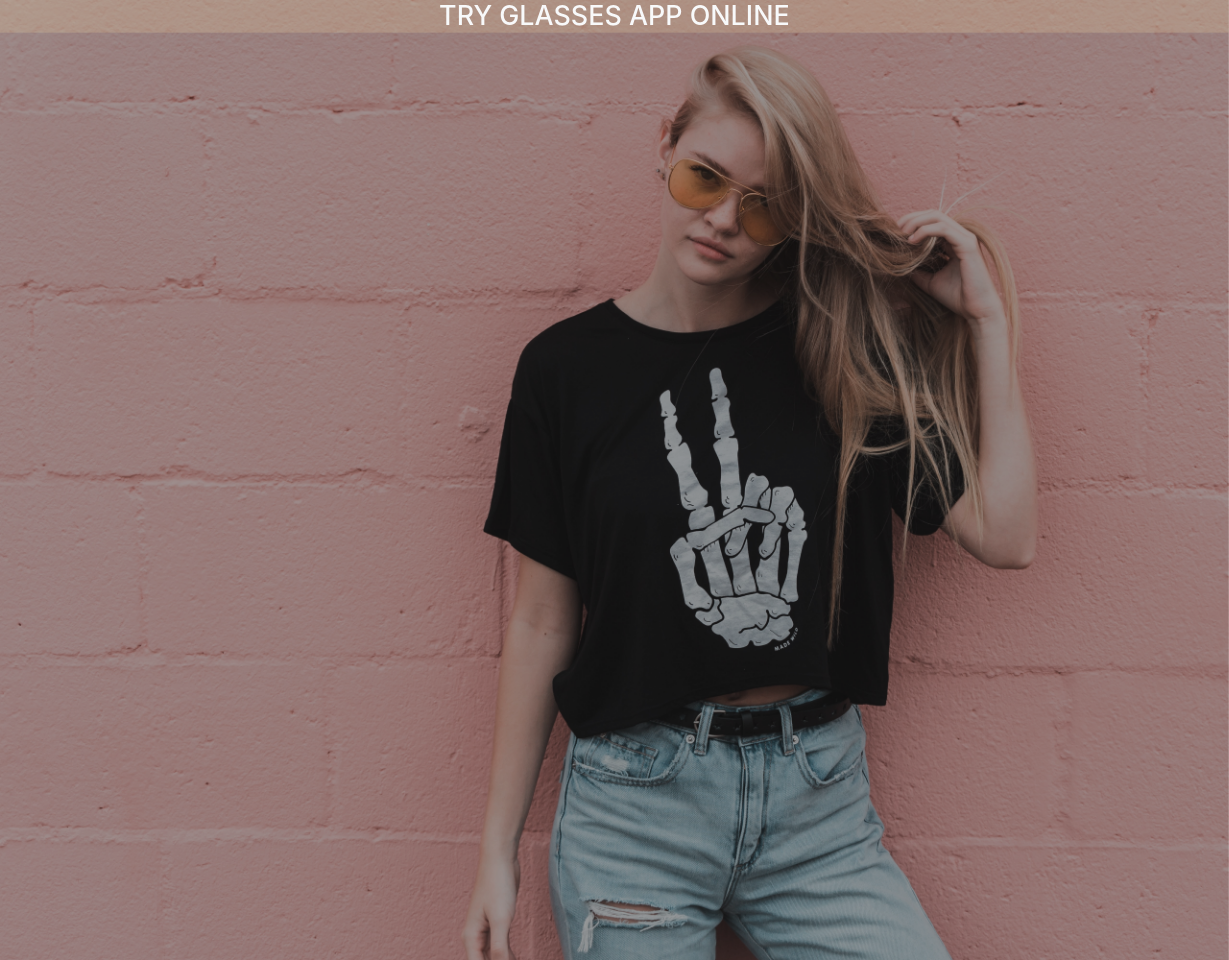
Repository: LeHieuSP/Baitapthukinh_LTH_FE70
Page: /
An editor plug-in stored every save of this project. The page is shown before and after the next save, followed by the edit.
The browser window is 1280 px wide. The pictures show the whole page, at 96% of full size.
The project was rebuilt for these pictures with package versions that can differ from the ones it lists, and the page was loaded fresh each time. Also part of the build but not shown: src/index.css, src/App.css, src/redux/actions/BaiTapDatVeAction.js, src/BaiTapRedux/BaiTapBookingTicket/ThongTinDatGhe.js, src/BaiTapRedux/BaiTapBookingTicket/HangGhe.js, src/BaiTapRedux/BaiTapBookingTicket/BaiTapBookingTicket.js.

Above is the page before, as saved 2022-03-09 16:36:46.

### public/index.html
<!DOCTYPE html>
<html lang="en">
  <head>
    <meta charset="utf-8" />
    <link rel="icon" href="%PUBLIC_URL%/favicon.ico" />
    <meta name="viewport" content="width=device-width, initial-scale=1" />
    <meta name="theme-color" content="#000000" />
    <meta
      name="description"
      content="Web site created using create-react-app"
    />
    <link rel="apple-touch-icon" href="%PUBLIC_URL%/logo192.png" />
    <!--
      manifest.json provides metadata used when your web app is installed on a
      user's mobile device or desktop. See https://developers.google.com/web/fundamentals/web-app-manifest/
    -->
    <link rel="manifest" href="%PUBLIC_URL%/manifest.json" />
    <!--
      Notice the use of %PUBLIC_URL% in the tags above.
      It will be replaced with the URL of the `public` folder during the build.
      Only files inside the `public` folder can be referenced from the HTML.

      Unlike "/favicon.ico" or "favicon.ico", "%PUBLIC_URL%/favicon.ico" will
      work correctly both with client-side routing and a non-root public URL.
      Learn how to configure a non-root public URL by running `npm run build`.
    -->
    <link rel="stylesheet" href="https://stackpath.bootstrapcdn.com/bootstrap/4.3.1/css/bootstrap.min.css" integrity="sha384-ggOyR0iXCbMQv3Xipma34MD+dH/1fQ784/j6cY/iJTQUOhcWr7x9JvoRxT2MZw1T" crossorigin="anonymous">

    <title>React App</title>
  </head>
  <body>
    <noscript>You need to enable JavaScript to run this app.</noscript>
    <div id="root"></div>
    <!--
      This HTML file is a template.
      If you open it directly in the browser, you will see an empty page.

      You can add webfonts, meta tags, or analytics to this file.
      The build step will place the bundled scripts into the <body> tag.

      To begin the development, run `npm start` or `yarn start`.
      To create a production bundle, use `npm run build` or `yarn build`.
    -->
    <script src="https://code.jquery.com/jquery-3.3.1.slim.min.js" integrity="sha384-q8i/X+965DzO0rT7abK41JStQIAqVgRVzpbzo5smXKp4YfRvH+8abtTE1Pi6jizo" crossorigin="anonymous"></script>
    <script src="https://cdnjs.cloudflare.com/ajax/libs/popper.js/1.14.7/umd/popper.min.js" integrity="sha384-UO2eT0CpHqdSJQ6hJty5KVphtPhzWj9WO1clHTMGa3JDZwrnQq4sF86dIHNDz0W1" crossorigin="anonymous"></script>
    <script src="https://stackpath.bootstrapcdn.com/bootstrap/4.3.1/js/bootstrap.min.js" integrity="sha384-JjSmVgyd0p3pXB1rRibZUAYoIIy6OrQ6VrjIEaFf/nJGzIxFDsf4x0xIM+B07jRM" crossorigin="anonymous"></script>




  </body>
</html>

### src/index.js
import React from 'react';
import ReactDOM from 'react-dom';
import './index.css';
import App from './App';
import reportWebVitals from './reportWebVitals';

import {Provider} from 'react-redux';
import {createStore} from 'redux';
import {rootReducer} from './redux/reducer/rootReducer';

const store = createStore(rootReducer);

ReactDOM.render(
  <Provider store={store}>

    <App />

  </Provider>,
  document.getElementById('root')
);

// If you want to start measuring performance in your app, pass a function
// to log results (for example: reportWebVitals(console.log))
// or send to an analytics endpoint. Learn more: https://bit.ly/CRA-vitals
reportWebVitals();

### src/App.js

import { Component } from 'react';
import './App.css';
import BaiTapBookingTicket from './BaiTapRedux/BaiTapBookingTicket/BaiTapBookingTicket';
import BaiTapThuKinh from './BaiTapThuKinh/BaiTapThuKinh';

export default class App extends Component {
  render() {
    return (
      <div>
        {/* <BaiTapBookingTicket /> */}
        <BaiTapThuKinh />
      </div>
    )
  }
}

### src/redux/reducer/rootReducer.js
import { combineReducers } from "redux";

//import (combineReducers)
import BaiTapDatVeReducer from './BaiTapDatVeReducer';
export const rootReducer = combineReducers ({
     BaiTapDatVeReducer, // state bài tập đặt vé
})


//export default rootReducer ;

### src/BaiTapThuKinh/BaiTapThuKinh.js
import React, { Component } from 'react'

export default class BaiTapThuKinh extends Component {
  render() {
    return (
      <div style={{backgroundImage:'url(./glassesImage/bg.jpg)',
      backgroundRepeat:'no-repeat',backgroundSize:'1500px',height:'1000px'}}>
          <div style={{backgroundColor:'rgba(0,0,0,.3)',height:'1000px'}}>
              <h3 style={{backgroundColor:'rgba(252	,224,166,.2)',}} className="text-center text-light">TRY GLASSES APP ONLINE</h3>

            </div>
      </div>
    )
  }
}

### src/redux/reducer/BaiTapDatVeReducer.js
import { DAT_GHE, HUY_GHE } from "../types/BaiTapDatVeType";

const stateDefault = {
  danhSachGheDangDat: [

  ],
};

const BaiTapDatVeReducer = (state = stateDefault, action) => {
  switch (action.type) {
    case DAT_GHE: {
      let danhSachGheDangDatUpdate = [...state.danhSachGheDangDat];
      let index = danhSachGheDangDatUpdate.findIndex(
        (gheDangDat) => gheDangDat.soGhe === action.ghe.soGhe
      );
      if (index !== -1) {//khi người dùng click ghế đang đặt đã có trong mảng => remove đi
        danhSachGheDangDatUpdate.splice(index, 1);
      } else {//khi người dùng click ghế đang đặt chưa có trong mảng => push vào
          danhSachGheDangDatUpdate.push(action.ghe)
      }
      // cập nhật lại state => giao diện render lại
      state.danhSachGheDangDat = danhSachGheDangDatUpdate;

      return { ...state };
    }
    case HUY_GHE : {
      let danhSachGheDangDatUpdate = [...state.danhSachGheDangDat];
      let index = danhSachGheDangDatUpdate.findIndex(
        (gheDangDat) => gheDangDat.soGhe === action.soGhe
      );
      if (index !== -1) {//khi người dùng click ghế đang đặt đã có trong mảng => remove đi
        danhSachGheDangDatUpdate.splice(index, 1);
      }
      state.danhSachGheDangDat = danhSachGheDangDatUpdate;
      return {...state};
    }
    default:
      return { ...state };
  }
};

export default BaiTapDatVeReducer;

### src/BaiTapRedux/BaiTapBookingTicket/BaiTapBookingTicket.css
@font-face {
  font-family: "fontGame";
  src: url("/src/./font/Pony.ttf");
}

.bookingMovie {
  font-family: "fontGame";
}

.ghe {
  border: 3px solid orange;
  width: 45px;
  height: 35px;
  font-size: 12px;
  margin-left: 2%;
  margin-bottom: 1%;
  border-radius: 5px;
}

.rowNumber {
  /* font-size: 25px; */
  width: 45px;
  height: 35px;
  background: none;
  border: none;
  margin-left: 2%;
  margin-bottom: 1%;
  font-size: 30px;
  color: yellow;
}
.firstChar {
  color: yellow;
  font-size: 35px;
  margin-right: 15px;
}

.screen {
  border-bottom: 50px solid rgb(255, 159, 95);
  border-left: 50px solid transparent;
  border-right: 50px solid transparent;
  height: 100;
  width: 80%;
  filter: drop-shadow(4px 30px 20px rgba(255, 255, 255, 0.5));
  font-size: 25px;
  color: #fff;
}

.gheDuocChon {
  border: 3px solid orange;

  background: orange;
  color: #000;

  cursor: no-drop !important;
  border-radius: 5px;
  width: 45px;
  height: 35px;
}

.gheDangChon {
  background: rgb(109, 238, 109);
  border: 3px solid rgb(109, 238, 109);
  color: #000;

  cursor: pointer;
  border-radius: 5px;
  width: 45px;
  height: 35px;
}

### src/redux/types/BaiTapDatVeType.js
export const DAT_GHE = 'DAT_GHE';
export const HUY_GHE = 'HUY_GHE';

Loaded but not shown: src/reportWebVitals.js (common file)

After the next save:
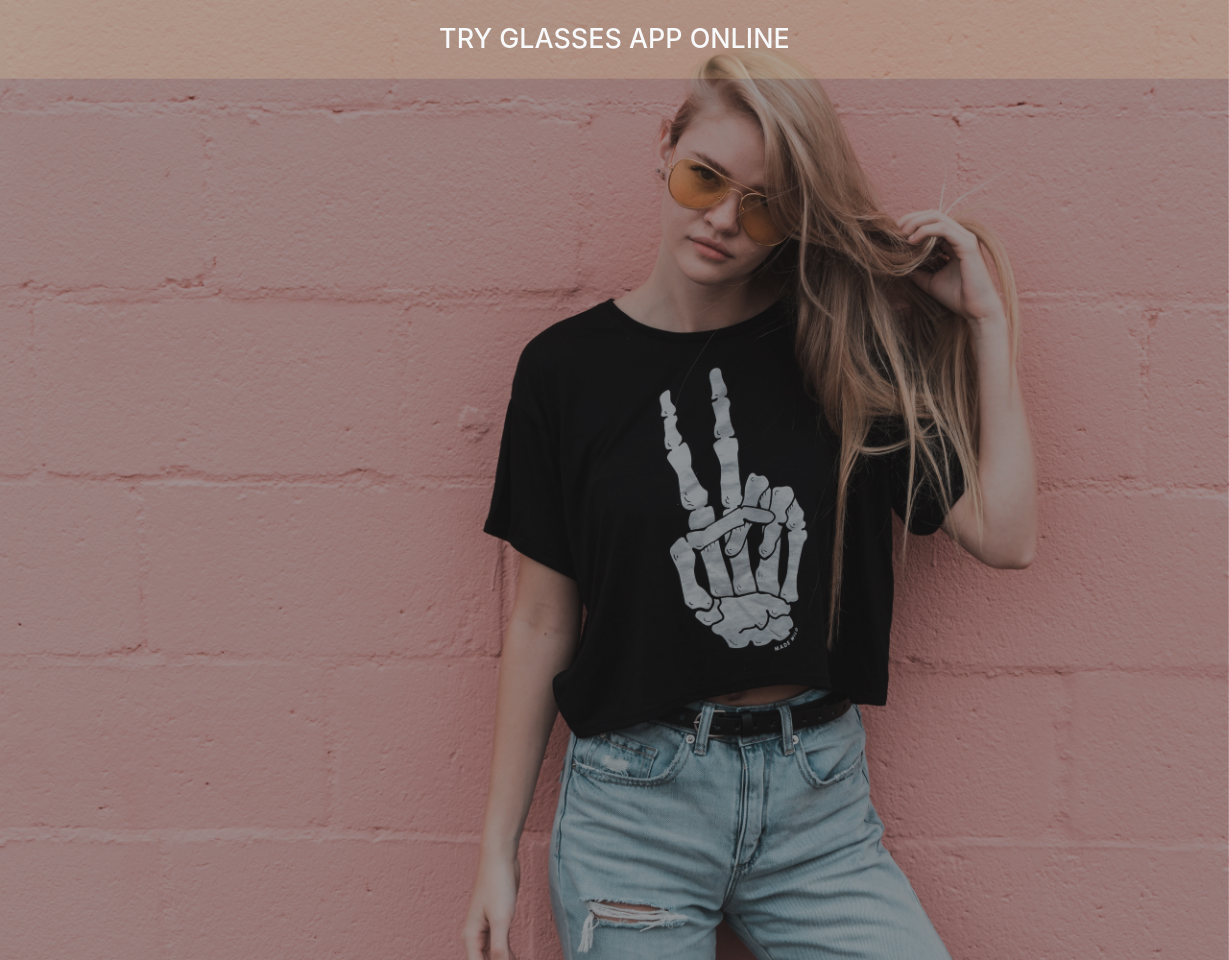
Saved 83 s later.
--- a/src/BaiTapThuKinh/BaiTapThuKinh.js
+++ b/src/BaiTapThuKinh/BaiTapThuKinh.js
@@ -6,7 +6,7 @@
       <div style={{backgroundImage:'url(./glassesImage/bg.jpg)',
       backgroundRepeat:'no-repeat',backgroundSize:'1500px',height:'1000px'}}>
           <div style={{backgroundColor:'rgba(0,0,0,.3)',height:'1000px'}}>
-              <h3 style={{backgroundColor:'rgba(252	,224,166,.2)',}} className="text-center text-light">TRY GLASSES APP ONLINE</h3>
+              <h3 style={{backgroundColor:'rgba(252	,224,166,.2)',}} className="text-center text-light p-4">TRY GLASSES APP ONLINE</h3>
 
             </div>
       </div>
